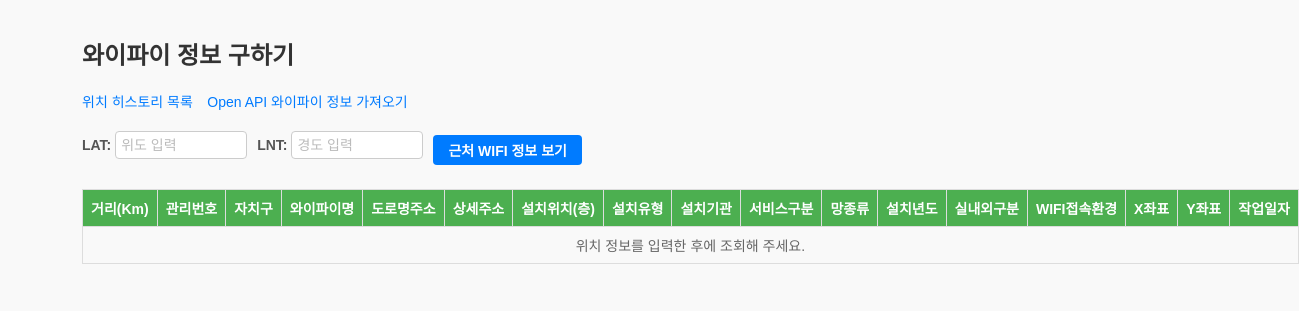
Repository: sangpyolee0/zerobase_task
Page: http://localhost/WifiProject/
An editor plug-in stored every save of this project. The page is shown before and after the next save, followed by the edit.
The browser window is 1280 px wide. The page is 1299 px wide, so the pictures cover 1299 px, including what lies to the right of the window. The pictures show the whole page.
The page is served by Tomcat 9.

Above is the page before, as saved 2024-12-08 16:29:34.

After the next save:
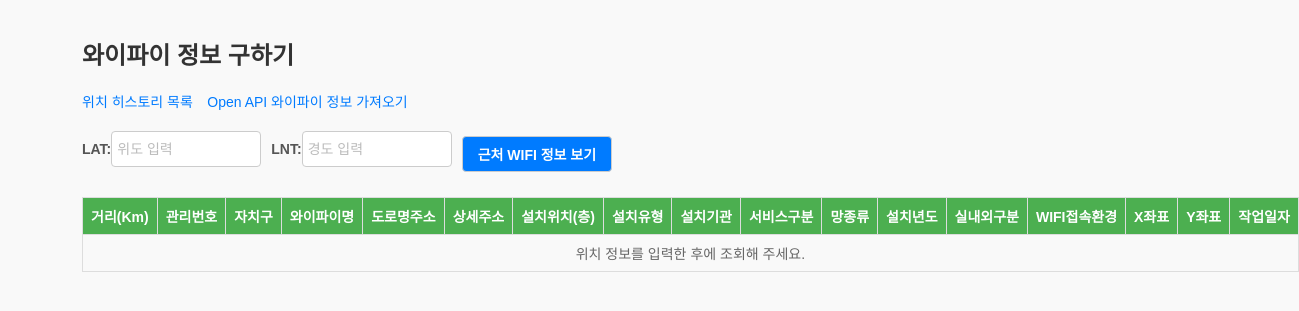
Saved 3 min 12 s later.
--- a/WifiProject/src/main/webapp/css/index.css
+++ b/WifiProject/src/main/webapp/css/index.css
@@ -1,4 +1,4 @@
-/* index.css: index.jsp 전용 스타일 */
+/* index.css: 입력 필드와 버튼 정렬, 네비게이션 스타일 */
 body {
     font-family: Arial, sans-serif;
     margin: 0;
@@ -18,6 +18,10 @@ h1 {
     margin-bottom: 20px;
 }
 
+nav {
+    margin-bottom: 20px;
+}
+
 nav a {
     text-decoration: none;
     color: #007BFF;
@@ -33,13 +37,15 @@ form {
     margin-bottom: 20px;
     display: flex;
     align-items: center;
-    gap: 10px;
+    gap: 10px; /* 입력 필드와 버튼 사이 간격 */
 }
 
 form label {
     font-size: 14px;
     color: #555;
     font-weight: bold;
+    display: flex;
+    align-items: center;
 }
 
 form input {
@@ -47,7 +53,9 @@ form input {
     font-size: 14px;
     border: 1px solid #ccc;
     border-radius: 4px;
-    width: 120px;
+    width: 150px;
+    height: 36px; /* 버튼과 동일한 높이 */
+    box-sizing: border-box; /* 패딩 포함 */
 }
 
 form input::placeholder {
@@ -55,19 +63,37 @@ form input::placeholder {
 }
 
 form button {
-    background-color: #007BFF;
-    color: #fff;
     border: none;
-    padding: 5px 15px;
+    padding: 0 15px;
     font-size: 14px;
     border-radius: 4px;
     cursor: pointer;
+    height: 36px; /* 입력 필드와 동일한 높이 */
+    display: flex;
+    align-items: center;
+    justify-content: center;
     font-weight: bold;
 }
 
-form button:hover {
+form button:first-of-type {
+    background-color: #f5f5f5; /* 회색 */
+    color: #333;
+    border: 1px solid #ccc;
+}
+
+form button:first-of-type:hover {
+    background-color: #e0e0e0;
+}
+
+form button:last-of-type {
+    background-color: #007BFF; /* 파란색 */
+    color: #fff;
+}
+
+form button:last-of-type:hover {
     background-color: #0056b3;
 }
+
 
 table {
     width: 100%;
